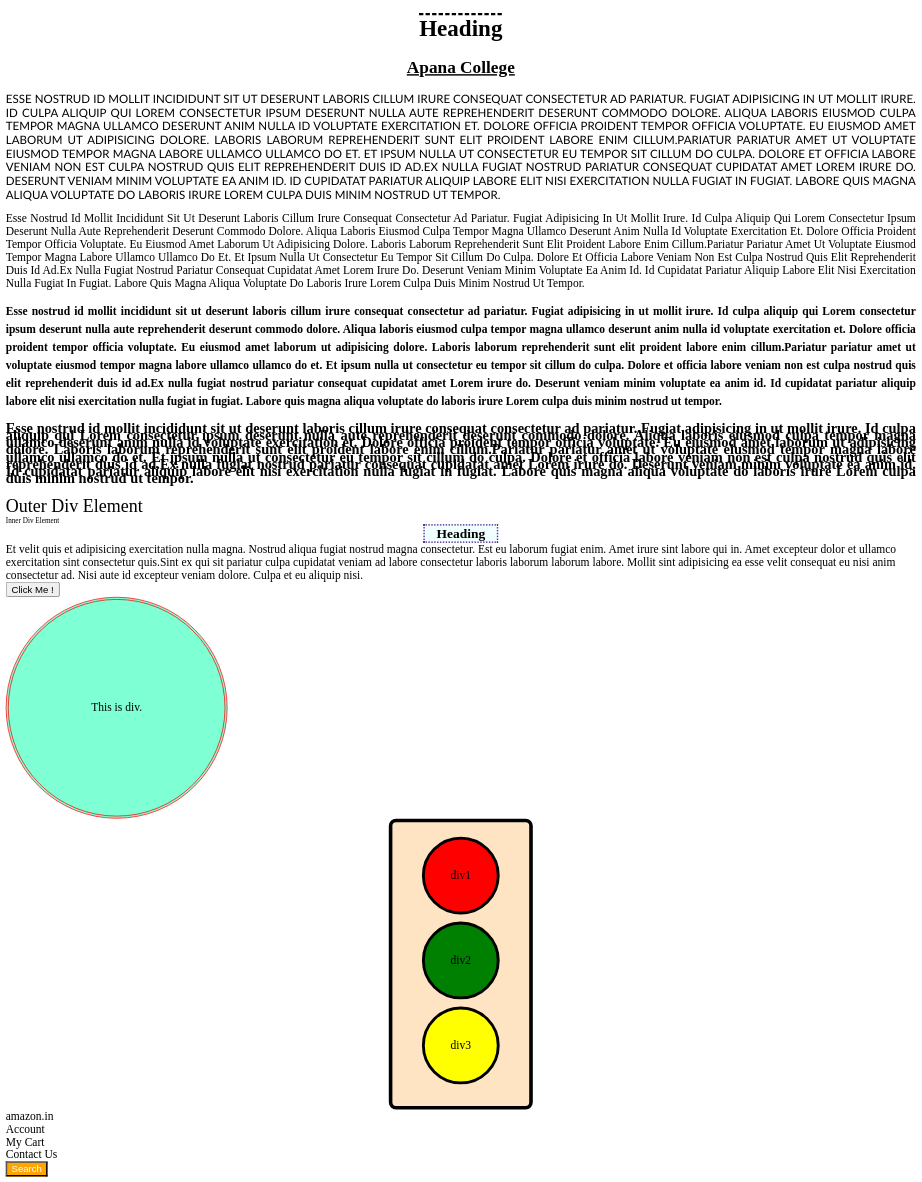
Repository: rakeshkolpepatil/CSS_Apana_College
Page: index.html
An editor plug-in stored every save of this project. The page is shown before and after the next save, followed by the edit.
The browser window is 1280 px wide. The pictures show the whole page, at 72% of full size.

Above is the page before, as saved 2023-06-22 21:49:03.

After the next save:
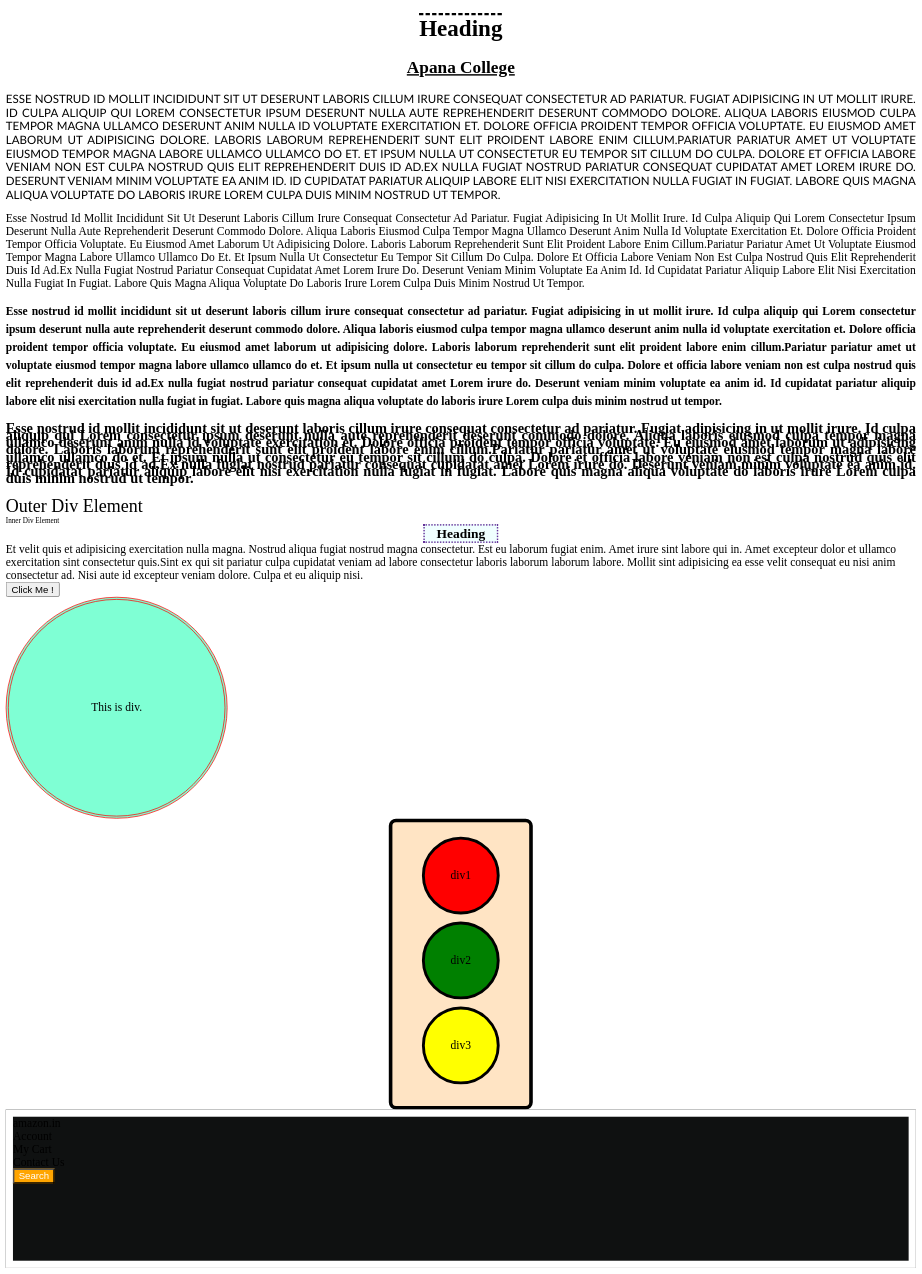
Saved 98 s later.
--- a/styleTwo.css
+++ b/styleTwo.css
@@ -89,3 +89,9 @@ h3{
   border: 4px solid black;
   border-radius: 50%
 }
+
+#div6{
+  height: 200px;
+  border: 10px solid white;
+  background-color:#0f1111;
+}
